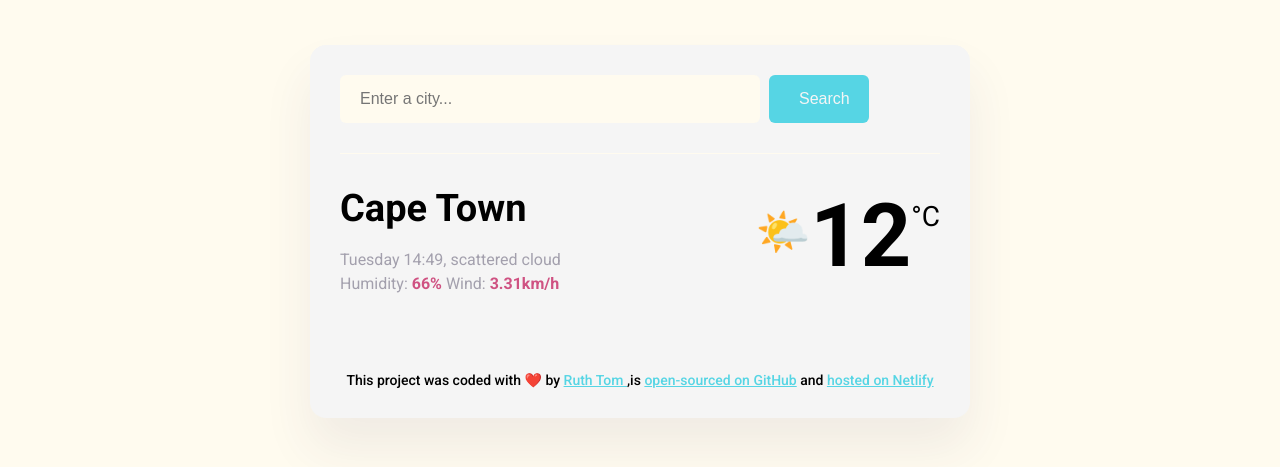
Repository: RuthTom711/Weatherly-App
Page: index.html
The author's editor kept a copy of each file at every save. The page is drawn from the files as they stood at one save, then again after the next save.
The browser window is 1280 px wide. The pictures show the whole page.
Some web libraries are served in a nearby version.

Above is the page before, as saved 2025-11-12 18:29:35.

### index.html
<!DOCTYPE html>
<html lang="en">
  <head>
    <meta charset="UTF-8" />
    <meta name="viewport" content="width=device-width, initial-scale=1.0" />
    <link rel="preconnect" href="https://fonts.googleapis.com" />
    <link rel="preconnect" href="https://fonts.gstatic.com" crossorigin />
    <link
      href="https://fonts.googleapis.com/css2?family=Roboto+Mono:ital,wght@0,100..700;1,100..700&family=Roboto:ital,wght@0,100..900;1,100..900&family=Work+Sans:ital,wght@0,100..900;1,100..900&display=swap"
      rel="stylesheet"
    />
    <link rel="stylesheet" href="src/styles.css" />
  <script src="https://unpkg.com/axios@1.1.2/dist/axios.min.js"></script>
    <title>Weatherly App</title>
  </head>
  <body>
    <div class="weather-app">
      <header>
        <form class="search-form" id="search-form">
          <input
            type="search"
            placeholder="Enter a city..."
            required
            id="search-form-input"
            class="search-form-input"
          />
          <input type="Submit" value="Search" class="search-form-button" />
        </form>
      </header>

      <main>
        <div class="weather-app-data">
          <div>
            <h1 class="weather-app-city" id="city">Cape Town</h1>
            <p class="weather-app-details">
              Tuesday 14:49, scattered cloud
              <br />
              Humidity: <strong>66%</strong> Wind: <strong>3.31km/h</strong>
            </p>
          </div>
          <div class="weather-app-temparature-container">
            <div class="weather-app-icon">🌤️</div>
            <div class="weather-app-temperature" id="temperature">12</div>
            <div class="weather-app-unit">°C</div>
          </div>
        </div>
      </main>

      <footer>
        This project was coded with ❤️ by
        <a href="https://github.com/RuthTom711" target="_blank"> Ruth Tom </a
        >,is
        <a href="https://github.com/RuthTom711/Weatherly-App" target="_blank">
          open-sourced on GitHub</a
        >
        and
        <a
          href="https://app.netlify.com/projects/ruth-weatherly-app/"
          target="_blank"
        >
          hosted on Netlify</a
        >
      </footer>
    </div>
    <script src="src/index.js"></script>
  </body>
</html>

### src/styles.css
body {
    background-color: #fffbef;
    font-family: "Roboto",sans-serif;
}

a{
    color: #56d5e4;
}

.weather-app {
    background: whitesmoke;
    max-width: 600px;
    margin: 45px auto;
    padding: 30px;
    box-shadow: 0 30px 50px rgba(65, 50, 100, 0.08);
    border-radius: 16px;
}
header{
    border-bottom: 1px solid #fffbef;
    padding: 0 0 30px 0;
}

.search-form-input {
    background-color: #fffbef;
    border: none;
    border-radius: 6px;
    width: 70%;
    font-size: 16px;
    padding: 15px 20px;
}

.search-form-button {
    background: #56d5e4;
    padding: 15px 30px;
    border: none;
    font-size: 16px;
    margin-left: 5px;
    border-radius: 6px;
    color: whitesmoke;
    width: 100px;
}

main {
    padding: 30px 0;
    }
.weather-app-city {
    margin: 0;
    font-size: 38px;
    line-height: 48px;
}
.weather-app-data {
    display: flex;
    justify-content: space-between;
}

.weather-app-details {
    font-size: 16px;
    line-height: 24px;
    color: rgba(39, 33, 66, 0.4);
    font-weight: 500px;
}

.weather-app-details strong{
    color: #cf5282
}

.weather-app-temparature-container {
    display: flex;

}

.weather-app-temperature{
    font-size: 88px;
    font-weight: bold;
}
.weather-app-icon{
    font-size: 44px;
    margin-top: 22px;
}
.weather-app-unit{
    margin-top: 16px;
    font-size: 28px;
}
footer {

    padding: 30px 0 0 0;
    text-align: center;
    font-weight: 500;
    font-size: 14px;
    color: rgba (0, 0, 0, 0.6);
}

### src/index.js
function refreshWeather(response){
    let temperatureElement = document.querySelector("#temperature");
    let temperature = response.data.temperature.current;
    let cityElement = document.querySelector("#city")

    cityElement.innerHTML = response.data.city;
    temperatureElement.innerHTML = Math.round(temperature);

}

function searchCity(city) {
    let apiKey = "2bf02005obb4ft73c247eba0b4e8f73d";
    let apiUrl = `https://api.shecodes.io/weather/v1/current?query=${city}&key=${apiKey}&units=metric`;
    axios.get(apiUrl).then(refreshWeather);
}

function handleSearchSubmit(event) {
    event.preventDefault();
    let searchInput = document.querySelector("#search-form-input");

    searchCity(searchInput.value);

}

let searchFormElement = document.querySelector("#search-form");
searchFormElement.addEventListener("submit", handleSearchSubmit);

After the next save:
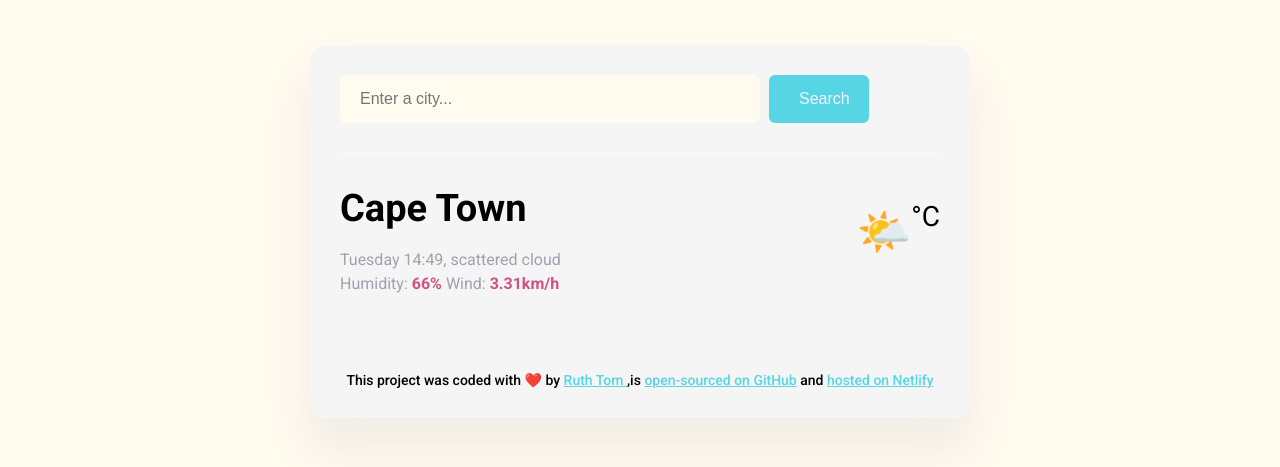
Saved 5 min 4 s later.
--- a/index.html
+++ b/index.html
@@ -40,7 +40,7 @@
           </div>
           <div class="weather-app-temparature-container">
             <div class="weather-app-icon">🌤️</div>
-            <div class="weather-app-temperature" id="temperature">12</div>
+            <div class="weather-app-temperature" id="temperature"></div>
             <div class="weather-app-unit">°C</div>
           </div>
         </div>
